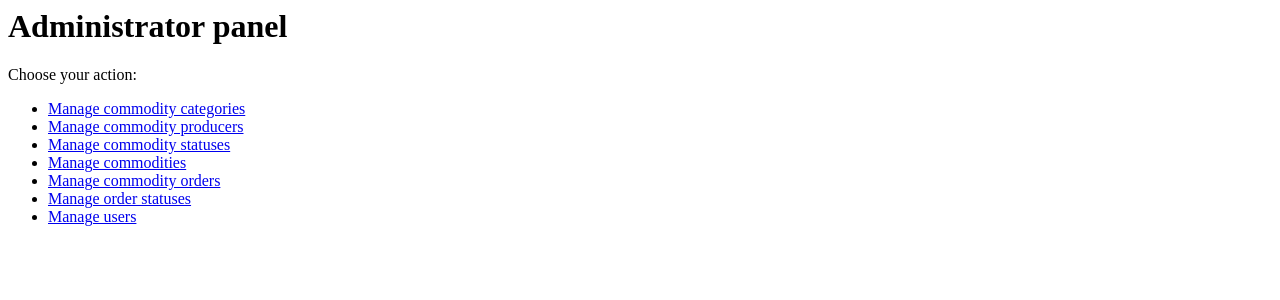
Repository: Zed180881/Zed_repo
Page: http://localhost/eShop/WEB-INF/views/adminPanel/adminPanel.jsp
These files come from the project's save history. The page is drawn as it stood at one moment and after the next save; the edit follows.
The browser window is 1280 px wide. The pictures show the whole page.
The page is served by Tomcat 9. Nobody is signed in. Other server files are loaded and not shown. The template is opened directly, without the code that normally fills it, so the values that code supplies are empty.

Above is the page before, as saved 2016-08-24 10:01:31.

### JavaProj/eShop/src/main/webapp/WEB-INF/views/adminPanel/adminPanel.jsp
<%@ page language="java" contentType="text/html; charset=UTF-8"	pageEncoding="UTF-8"%>

<title>EShop administrator panel</title>

	<h1>Administrator panel</h1>
	<p>Choose your action:</p>
	<ul>
		<li><a href="/admin/category">Manage commodity categories</a></li>
		<li><a href="/admin/producer">Manage commodity producers</a></li>
		<li><a href="/admin/comstatus">Manage commodity statuses</a></li>
		<li><a href="/admin/commodity">Manage commodities</a></li>
		<li><a href="/admin/order">Manage commodity orders</a></li>
		<li><a href="/admin/ordstatus">Manage order statuses</a></li>
		<li><a href="/admin/user">Manage users</a></li>
	</ul>

After the next save:
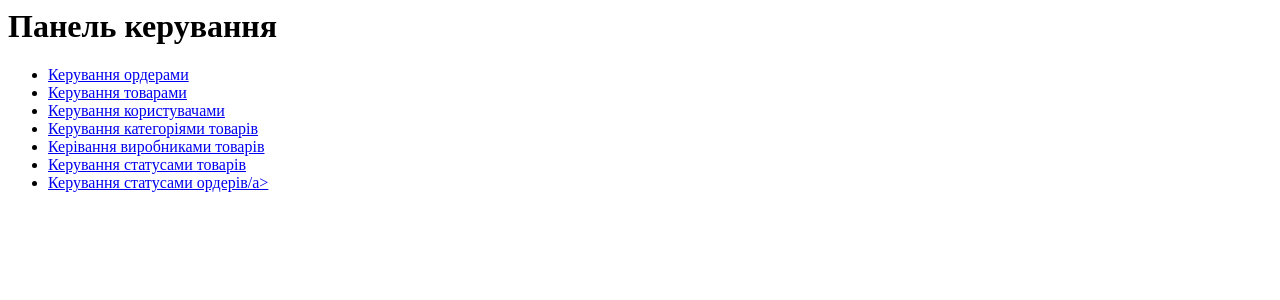
Saved 2 min 47 s later.
--- a/JavaProj/eShop/src/main/webapp/WEB-INF/views/adminPanel/adminPanel.jsp
+++ b/JavaProj/eShop/src/main/webapp/WEB-INF/views/adminPanel/adminPanel.jsp
@@ -2,14 +2,14 @@
 
 <title>EShop administrator panel</title>
 
-	<h1>Administrator panel</h1>
-	<p>Choose your action:</p>
+	<h1>Панель керування</h1>
+
 	<ul>
-		<li><a href="/admin/category">Manage commodity categories</a></li>
-		<li><a href="/admin/producer">Manage commodity producers</a></li>
-		<li><a href="/admin/comstatus">Manage commodity statuses</a></li>
-		<li><a href="/admin/commodity">Manage commodities</a></li>
-		<li><a href="/admin/order">Manage commodity orders</a></li>
-		<li><a href="/admin/ordstatus">Manage order statuses</a></li>
-		<li><a href="/admin/user">Manage users</a></li>
+		<li><a href="/admin/order">Керування ордерами</a></li>
+		<li><a href="/admin/commodity">Керування товарами</a></li>
+		<li><a href="/admin/user">Керування користувачами</a></li>
+		<li><a href="/admin/category">Керування категоріями товарів</a></li>
+		<li><a href="/admin/producer">Керівання виробниками товарів</a></li>
+		<li><a href="/admin/comstatus">Керування статусами товарів</a></li>
+		<li><a href="/admin/ordstatus">Керування статусами ордерів/a></li>
 	</ul>
